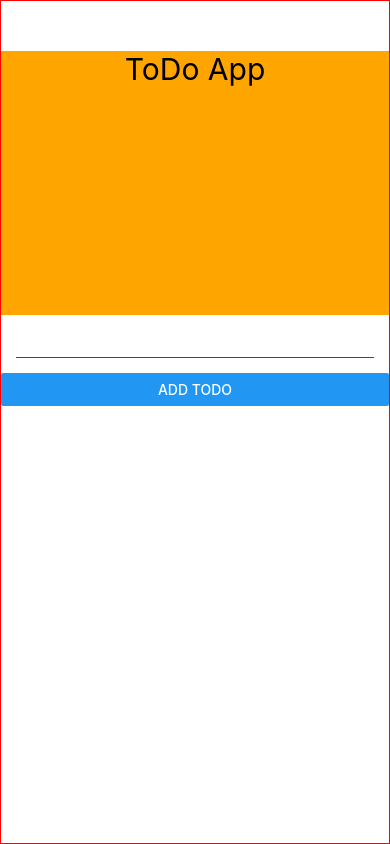
Repository: Ducbii4202/React-Native
Screen: /review-detail
These files come from the project's save history. The screen is drawn as it stood at one moment and after the next save; the edit follows.
The app was drawn by React Native's web renderer in a window 390 px wide. The project was rebuilt for these pictures with package versions that can differ from the ones it lists, and the page was loaded fresh each time.

Above is the screen before, as saved 2024-09-19 19:41:11.

### App.tsx

import { useState } from 'react';
import { Alert, Button, FlatList, Keyboard, Pressable, StyleSheet, Text, TextInput, TouchableWithoutFeedback, View } from 'react-native';
import FlexBox from './components/flexbox';




interface ITodo {
  id: number;
  name: string;
}
export default function App() {
  const [todo, setTodo] = useState('');

  const [listTodo, setListTodo] = useState<ITodo[]>([]);


  function randomInteger(min: number, max: number) {
    return Math.floor(Math.random() * (max - min + 1)) + min;
  }

  const handleAddTodo = () => {
    if (!todo) {
      Alert.alert('Bug input todo', "Todo ko dc de trong",
        [
          // {
          //   text: 'Cancel',
          //   onPress: () => console.log("OK Pressed"),
          //   style: 'cancel',
          // },
          {text: 'Confirm', onPress: () =>console.log('OK Pressed')}
        ]
      )
      return;
    }

    setListTodo([...listTodo,
      { id: randomInteger(1, 1000), name: todo }]);
    setTodo('')
  }

  const deleteTodo = (id: number) => {
    // const newTodo = listTodo.filter(item => item.id !== id);
    // setListTodo(newTodo);
  }


  return (
    <TouchableWithoutFeedback onPress={()=> Keyboard.dismiss()}>
    <View style={styles.container}>
      <Text style={styles.header}>ToDo App</Text>

      {/* form */}
      <View style={styles.form}>
        <TextInput
          value={todo}
          style={styles.todoInput}
          onChangeText={(value)=> setTodo(value)}
        />
        <Button title='Add todo'
        onPress={handleAddTodo}
        />
      </View>

      {/* list todo */}
      <View style={styles.todo}>
        <FlatList
          keyExtractor={item => item.id + ''}
          data={listTodo}
          renderItem={({item}) => {
            return (
              <Pressable onPress={() => deleteTodo(item.id)}
                style={({ pressed }) => ({ opacity: pressed ? 0.5 : 1 })}>
                <Text style={styles.toDoItem}>
          {item.name}
              </Text>
              </Pressable>

            )
          }}
        />
      </View>
      </View>
    </TouchableWithoutFeedback>

  );
}


//css in js
const styles = StyleSheet.create({
  container: {
    flex: 1,
    backgroundColor: '#fff',
    paddingTop: 50,
    borderWidth: 1,
    borderColor: 'red',
  },
  header: {
    backgroundColor: 'orange',
    paddingHorizontal: 20,
    textAlign: 'center',
    fontSize: 30,
    flex: 1,

  },
  form: {
    flex: 1,

  },
  todo: {
    flex: 1,

  },
  todoInput: {
    borderBottomWidth: 1,
    borderBottomColor: 'green',
    padding: 5,
    marginHorizontal: 15,
    margin: 15.

  },
  body: {
    paddingHorizontal: 10,
    marginBottom: 20,
    flex: 1,
  },
  toDoItem: {
    fontSize: 20,
    marginBottom: 20,
    borderWidth: 1,
    borderStyle: 'dashed',
    padding: 10,
  }

});

After the next save:
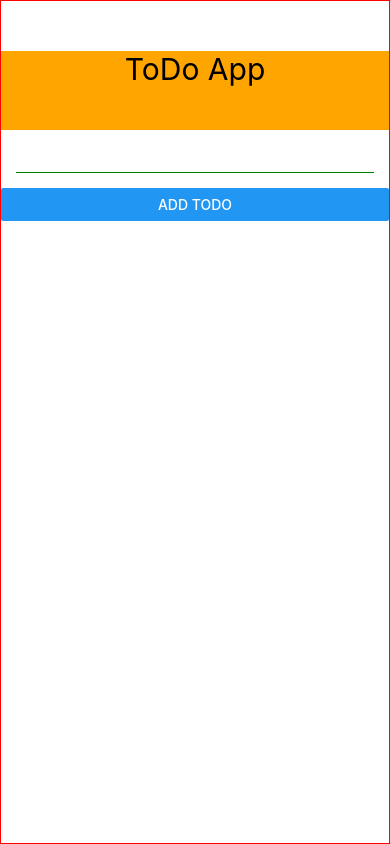
Saved 13 s later.
--- a/App.tsx
+++ b/App.tsx
@@ -110,7 +110,7 @@ const styles = StyleSheet.create({
 
   },
   todo: {
-    flex: 1,
+    flex: 8,
 
   },
   todoInput: {
